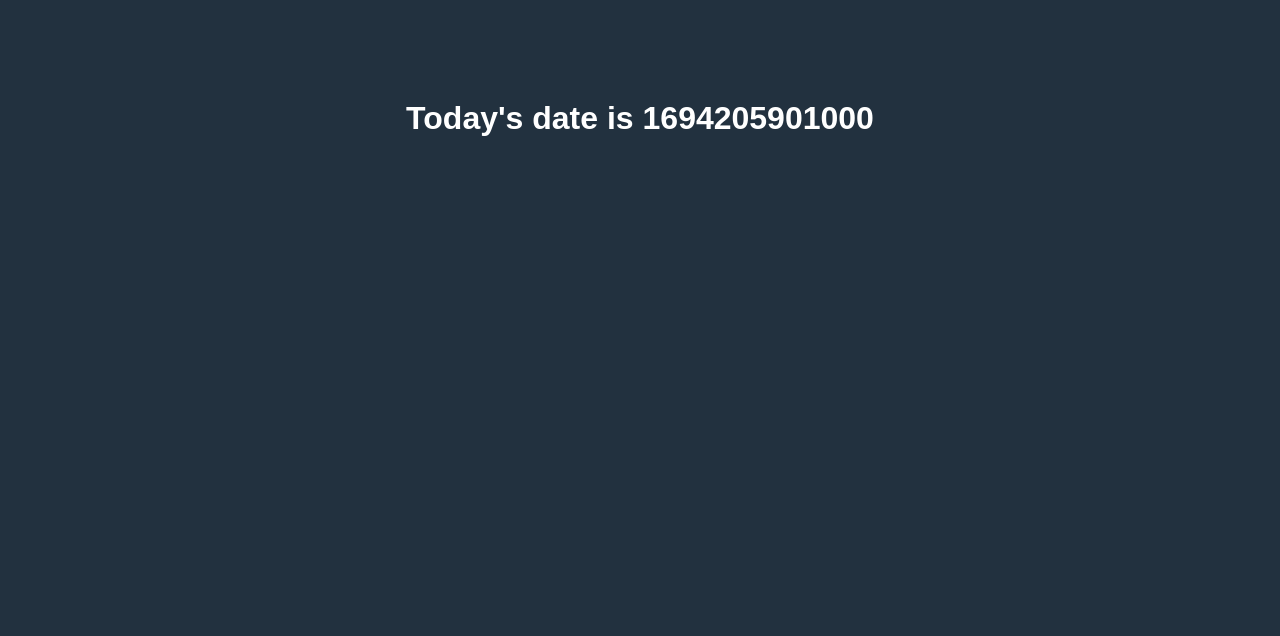
Repository: malikhakeem/HNG-TASK
Page: HNG-TASK1.html
The author's editor kept a copy of each file at every save. The page is drawn from the files as they stood at one save, then again after the next save.
The browser window is 1280 px wide. The pictures show the whole page.

Above is the page before, as saved 2023-09-08 22:51:22.

After the next save:
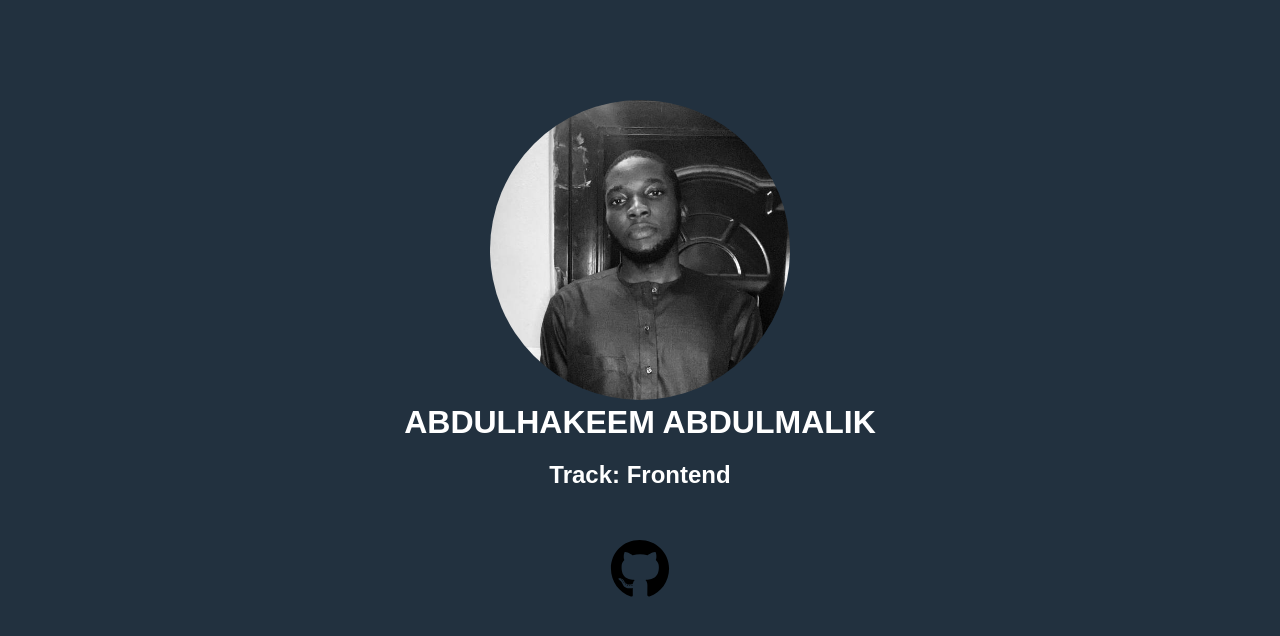
Saved 14 s later.
--- a/HNG-TASK1.html
+++ b/HNG-TASK1.html
@@ -31,10 +31,7 @@
 
 
         </div>
-        <script>
 
-            document.body.innerHTML = "<h1>Today's date is " + currentTimeMillis + "</h1>"
-        </script>
     </div>
 
 </body>
